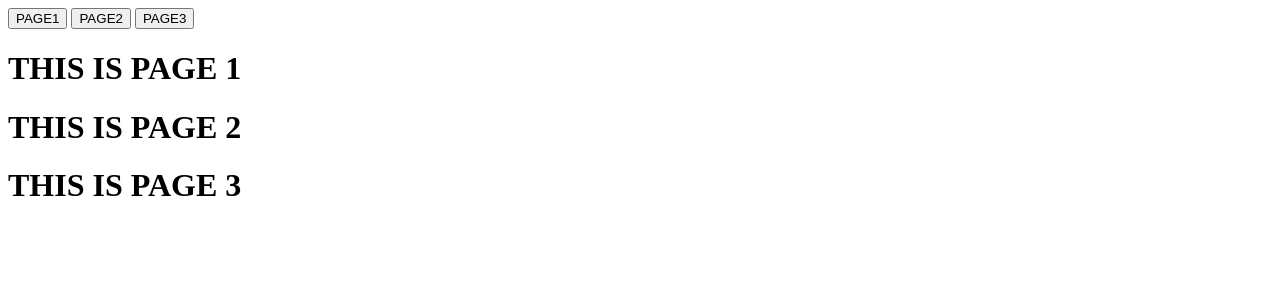
Repository: sofia123776/WEBPROGRAMMING
Page: singlepage.html
The author's editor kept a copy of each file at every save. The page is drawn from the files as they stood at one save, then again after the next save.
The browser window is 1280 px wide. The pictures show the whole page.

Above is the page before, as saved 2025-11-13 00:05:53.

After the next save:
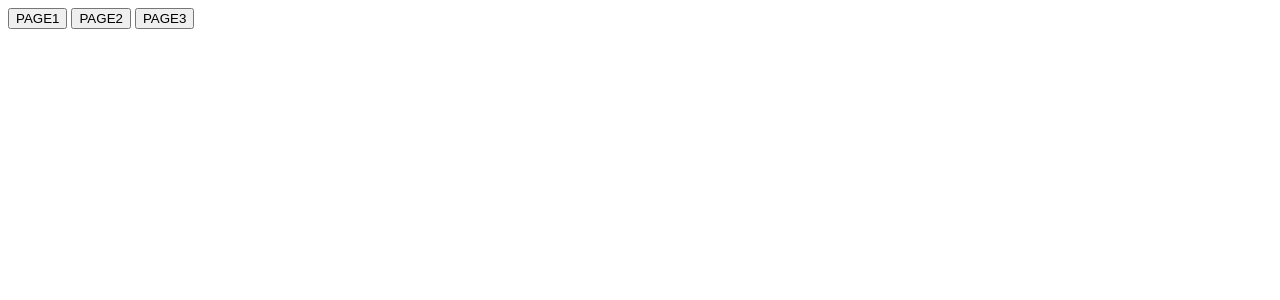
Saved 7 h 53 min later.
--- a/singlepage.html
+++ b/singlepage.html
@@ -4,6 +4,10 @@
     <meta charset="UTF-8">
     <meta name="viewport" content="width=device-width, initial-scale=1.0">
     <title>singlepage</title>
+    <style>
+    h1{
+        display: none;}
+    </style>
 </head>
 <body>
 
